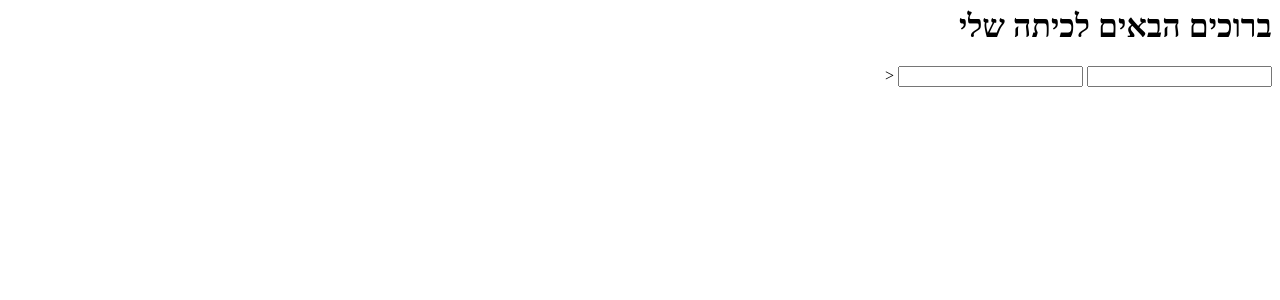
Repository: chaim1989/MyClass
Page: public/index.html
The author's editor kept a copy of each file at every save. The page is drawn from the files as they stood at one save, then again after a run of saves.
The browser window is 1280 px wide. The pictures show the whole page.

Above is the page before, as saved 2021-10-12 16:40:12.

After the next 4 saves:
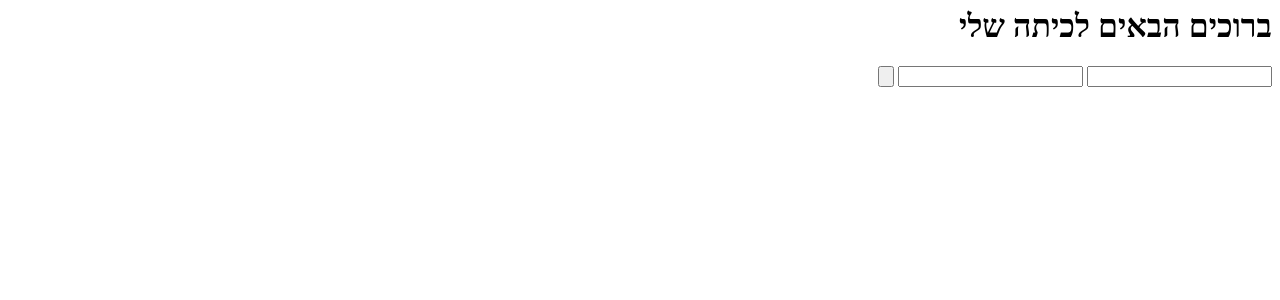
The 4 saves are shown as one change because they came seconds apart.
The last was saved 17 s later.
--- a/public/index.html
+++ b/public/index.html
@@ -8,7 +8,7 @@
         <div>
             <input type='text' id="username">
             <input type='password' id="password">
-            <
+            <input type="button" id="login">
         </div>
     </body>
     <script src="script.js" ></script>
